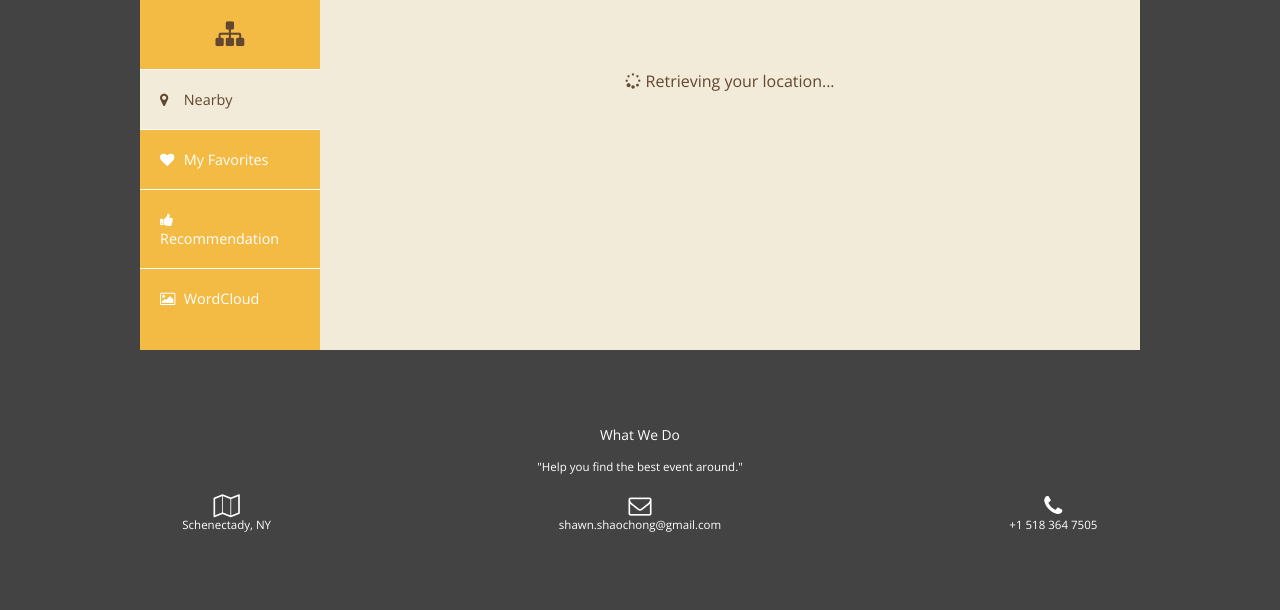
Repository: shawn-shaochong/518selfproject
Page: http://localhost/Jupiter/
These files come from the project's save history. The page is drawn as it stood at one moment and after the next save; the edit follows.
The browser window is 1280 px wide. The pictures show the part of the page from y = 310 to 920 px (the page is 920 px tall before and 870 px after).
Some web libraries are served in a nearby version. The page is served by Tomcat 9. Other server files are loaded and not shown.

Above is the page before, as saved 2019-05-10 04:17:41.

### workplace/Jupiter/WebContent/index.html
<!DOCTYPE html>
<html>
<head>
  <meta charset="UTF-8">
  <meta name="description" content="Item Recommendation">
  <meta name="author" content="Your Name">
  <title>Event Recommendation Final</title>
  <link href='https://fonts.googleapis.com/css?family=Open+Sans:400,300,700' rel='stylesheet' type='text/css'>
  <link rel="stylesheet" href="https://maxcdn.bootstrapcdn.com/font-awesome/4.5.0/css/font-awesome.min.css">
  <link rel="stylesheet" href="styles/main.css">
</head>
<body>
  <header class="top-header">
    <nav class="top-nav">
      <a href="#">Home</a>
      <a href="#">Contact</a>
      <a href="#">About</a>
    </nav>
    <span id="welcome-msg"></span>
    <i id="avatar" class="avatar fa fa-user fa-2x"></i>
  </header>

  <div class="container">
    <header>
      <p>
        <span>Event</span>
        <br /> Recommendation
      </p>
    </header>

    <section class="main-section">
      <aside id="item-nav">
        <div class="nav-icon">
          <i class="fa fa-sitemap fa-2x"></i>
        </div>
        <nav class="main-nav">
          <a href="#" id="nearby-btn" class="main-nav-btn active">
            <i class="fa fa-map-marker"></i> Nearby
          </a>
          <a href="#" id="fav-btn" class="main-nav-btn">
            <i class="fa fa-heart"></i> My Favorites
          </a>
          <a href="#" id="recommend-btn" class="main-nav-btn">
            <i class="fa fa-thumbs-up"></i> Recommendation
          </a>
          <a href="#" id="wordcloud-btn" class="main-nav-btn">
            <i class="fa fa-photo"></i> WordCloud
          </a>
        </nav>
      </aside>

      <ul id="item-list">
        <li class="item">
          <img alt="item image" src="https://d2j8c2rj2f9b78.cloudfront.net/uploads/hero-images/The-Avett-Brothers-Concert-Bojangles.jpg" />
          <div>
            <a class="item-name" href="#">Events and Festivals</a>
            <p class="item-category">EDC Concert</p>
            <div class="stars">
              <i class="fa fa-star"></i>
              <i class="fa fa-star"></i>
              <i class="fa fa-star"></i>
            </div>
          </div>
          <p class="item-address">699 Calderon Ave<br/>Mountain View<br/> CA</p>
          <div class="fav-link">
            <i class="fa fa-heart"></i>
          </div>
        </li>
      </ul>
    </section>
  </div>

  <footer>
    <p class="title">What We Do</p>
    <p>"Help you find the best event around."</p>
    <ul>
      <li>
        <p><i class="fa fa-map-o fa-2x"></i></p>
        <p>Schenectady, NY</p>
      </li>
      <li>
        <p><i class="fa fa-envelope-o fa-2x"></i></p>
        <p>shawn.shaochong@gmail.com</p>
      </li>
      <li>
        <p><i class="fa fa-phone fa-2x"></i></p>
        <p>+1 518 364 7505</p>
      </li>
    </ul>
  </footer>

  <script src="https://rawgit.com/emn178/js-md5/master/build/md5.min.js"></script>
  <script src="scripts/main.js"></script>
</body>
</html>

### workplace/Jupiter/WebContent/styles/main.css
* {
	box-sizing: border-box;
	margin: 0;
	padding: 0;
}

body {
	background: #434343;
	color: #FFFFFF;
	font-family: 'Open Sans', sans-serif;
	font-weight: 300;
	font-size: 0.9em;
}

ul {
	list-style: none;
}

/**
 * top header
 */
.top-header {
	align-items: center;
	background: #DF574B;
	box-shadow: 0px 2px 10px #333333;
	display: flex;
	height: 60px;
	position: fixed;
	top: 0;
	width: 100%;
	z-index: 1;
}

.avatar {
	background: #FFFFFF;
	border-radius: 50%;
	color: #333C4D;
	height: 40px;
	margin-right: 20px;
	padding-left: 9px;
	padding-top: 5px;
	width: 40px;
}

/**
 * top navigation
 */
.top-nav {
	flex: 1;
}

.top-nav a {
	color: #F9F9F9;
	font-weight: 400;
	margin-left: 20px;
	text-decoration: none;
}

#welcome-msg {
	border-right: 1px solid #FFFFFF;
	padding-right: 10px;
}

/**
 * main container
 */
.container {
	margin: 60px auto;
	max-width: 1000px;
	min-width: 600px;
}

/**
 * main header
 */
.container>header {
	align-items: center;
/* 	https://www.mch-group.com/-/media/mch-group/Images/Content/News/Blog/2017/2017-04/mch-group-live-marketing-aktivierung.jpg
 */	background:
		url('https://www.mch-group.com/-/media/mch-group/Images/Content/News/Blog/2017/2017-04/mch-group-live-marketing-aktivierung.jpg')
		no-repeat 50% 50%;
	background-size: 100%;
	display: flex;
	height: 250px;
}

.container>header p {
	border-left: 1px solid #FFFFFF;
	font-weight: 400;
	font-size: 2em;
	line-height: 1em;
	margin-left: 220px;
	padding-left: 5px;
}

.container>header span {
	color: #FBAF41;
}

/**
 * main section
 */
.main-section {
	background: #F3BB43;
}

/**
 * aside
 */
#item-nav {
	float: left;
	width: 180px;
}

.nav-icon {
	color: #624630;
	padding: 20px;
	text-align: center;
}

/**
 * main navigation
 */
.main-nav-btn {
	background: none;
	border-top: 1px solid #FFFFFF;
	color: #FFFFFF;
	display: block;
	padding: 20px;
	text-align: left;
	text-decoration: none;
}

.main-nav-btn:hover {
	background: rgba(255, 255, 255, 0.8);
	color: #624630;
}

.main-nav-btn.active {
	background: #F2EBD9;
	color: #624630;
}

.main-nav-btn i {
	width: 20px;
}

/**
 * item list
 */
#item-list {
	background: #F2EBD9;
	color: #624630;
	list-style: none;
	margin-left: 180px;
	min-height: 350px;
	/* original 250px */
	padding: 10px;
}

#item-list .notice {
	font-size: 16px;
	padding: 60px;
	text-align: center;
}

/**
 * item
 */
.item {
	align-items: center;
	border-bottom: 1px solid #FFFFFF;
	display: flex;
	margin: 10px;
	padding: 15px;
	transition: background-color 100ms linear;
}

.item:last-child {
	border: none;
}

.item:hover {
	background: rgba(255, 255, 255, 0.8);
	transition: background-color 100ms linear;
}

.item img {
	border: 1px solid #FFFFFF;
	height: 80px;
	width: 80px;
}

.item>div:first-of-type {
	flex: 1;
	margin-left: 10px;
	margin-right: 10px;
}

.item-name {
	color: #624630;
	font-weight: 400;
	text-decoration: none;
}

.item-name:hover {
	text-decoration: underline;
}

.item-address {
	line-height: 20px;
	padding-right: 20px;
	text-align: right;
}

.stars {
	align-items: center;
	display: flex;
	padding-top: 10px;
}

.fav-link {
	border-left: 1px solid #FFFFFF;
	cursor: pointer;
	line-height: 60px;
	text-align: center;
	width: 60px;
}

.fav-link:hover {
	color: #F13F3F;
}

/**
 * footer section
 */
footer {
	background: #434343;
	font-size: 0.8em;
	height: 200px;
	position: relative;
}

footer p {
	text-align: center;
}

footer p.title {
	font-size: 1.2em;
	padding: 15px;
}

footer ul {
	align-items: center;
	display: flex;
	padding: 20px;
}

footer ul li {
	flex: 1;
}

### workplace/Jupiter/WebContent/scripts/main.js
(function() {

    /**
     * Variables
     */
    var user_id = '1111';
    var user_fullname = 'John';
    var lng = -122.08;
    var lat = 37.38;

    /**
     * Initialize
     */
    function init() {
        // Register event listeners
        $('nearby-btn').addEventListener('click', loadNearbyItems);
        $('fav-btn').addEventListener('click', loadFavoriteItems);
        $('recommend-btn').addEventListener('click', loadRecommendedItems);
        $('wordcloud-btn').addEventListener('click', loadWordCloud);

        var welcomeMsg = $('welcome-msg');
        welcomeMsg.innerHTML = 'Welcome, ' + user_fullname;
        initGeoLocation();
    }

    function initGeoLocation() {
        if (navigator.geolocation) {
            navigator.geolocation.getCurrentPosition(onPositionUpdated,
                onLoadPositionFailed, {
                    maximumAge: 60000
                });
            showLoadingMessage('Retrieving your location...');
        } else {
            onLoadPositionFailed();
        }
    }

    function onPositionUpdated(position) {
        lat = position.coords.latitude;
        lng = position.coords.longitude;

        loadNearbyItems();
    }

    function onLoadPositionFailed() {
        console.warn('navigator.geolocation is not available');
        getLocationFromIP();
    }

    function getLocationFromIP() {
        // Get location from http://ipinfo.io/json
        var url = 'http://ipinfo.io/json'
        var req = null;
        ajax('GET', url, req, function(res) {
            var result = JSON.parse(res);
            if ('loc' in result) {
                var loc = result.loc.split(',');
                lat = loc[0];
                lng = loc[1];
            } else {
                console.warn('Getting location by IP failed.');
            }
            loadNearbyItems();
        });
    }

    // -----------------------------------
    // Helper Functions
    // -----------------------------------

    /**
     * A helper function that makes a navigation button active
     *
     * @param btnId -
     *            The id of the navigation button
     */
    function activeBtn(btnId) {
        var btns = document.getElementsByClassName('main-nav-btn');

        // deactivate all navigation buttons
        for (var i = 0; i < btns.length; i++) {
            btns[i].className = btns[i].className.replace(/\bactive\b/, '');
        }

        // active the one that has id = btnId
        var btn = $(btnId);
        btn.className += ' active';
    }

    function showLoadingMessage(msg) {
        var itemList = $('item-list');
        itemList.innerHTML = '<p class="notice"><i class="fa fa-spinner fa-spin"></i> ' +
            msg + '</p>';
    }

    function showWarningMessage(msg) {
        var itemList = $('item-list');
        itemList.innerHTML = '<p class="notice"><i class="fa fa-exclamation-triangle"></i> ' +
            msg + '</p>';
    }

    function showErrorMessage(msg) {
        var itemList = $('item-list');
        itemList.innerHTML = '<p class="notice"><i class="fa fa-exclamation-circle"></i> ' +
            msg + '</p>';
    }

    /**
     * A helper function that creates a DOM element <tag options...>
     *
     * @param tag
     * @param options
     * @returns
     */
    function $(tag, options) {
        if (!options) {
            return document.getElementById(tag);
        }

        var element = document.createElement(tag);

        for (var option in options) {
            if (options.hasOwnProperty(option)) {
                element[option] = options[option];
            }
        }

        return element;
    }

    function hideElement(element) {
        element.style.display = 'none';
    }

    function showElement(element, style) {
        var displayStyle = style ? style : 'block';
        element.style.display = displayStyle;
    }

    /**
     * AJAX helper
     *
     * @param method -
     *            GET|POST|PUT|DELETE
     * @param url -
     *            API end point
     * @param callback -
     *            This the successful callback
     * @param errorHandler -
     *            This is the failed callback
     */
    function ajax(method, url, data, callback, errorHandler) {
        var xhr = new XMLHttpRequest();

        xhr.open(method, url, true);

        xhr.onload = function() {
        	if (xhr.status === 200) {
        		callback(xhr.responseText);
        	} else {
        		errorHandler();
        	}
        };

        xhr.onerror = function() {
            console.error("The request couldn't be completed.");
            errorHandler();
        };

        if (data === null) {
            xhr.send();
        } else {
            xhr.setRequestHeader("Content-Type",
                "application/json;charset=utf-8");
            xhr.send(data);
        }
    }

    // -------------------------------------
    // AJAX call server-side APIs
    // -------------------------------------

    /**
     * API #1 Load the nearby items API end point: [GET]
     * /Dashi/search?user_id=1111&lat=37.38&lon=-122.08
     */
    function loadNearbyItems() {
        console.log('loadNearbyItems');
        activeBtn('nearby-btn');

        // The request parameters
        var url = './search';
        var params = 'user_id=' + user_id + '&lat=' + lat + '&lon=' + lng;
        var req = JSON.stringify({});

        // display loading message
        showLoadingMessage('Loading nearby items...');

        // make AJAX call
        ajax('GET', url + '?' + params, req,
            // successful callback
            function(res) {
                var items = JSON.parse(res);
                if (!items || items.length === 0) {
                    showWarningMessage('No nearby item.');
                } else {
                    listItems(items);
                }
            },
            // failed callback
            function() {
                showErrorMessage('Cannot load nearby items.');
            });
    }

    /**
     * API #2 Load favorite (or visited) items API end point: [GET]
     * /Dashi/history?user_id=1111
     */
    function loadFavoriteItems() {
        activeBtn('fav-btn');

        // The request parameters
        var url = './history';
        var params = 'user_id=' + user_id;
        var req = JSON.stringify({});

        // display loading message
        showLoadingMessage('Loading favorite items...');

        // make AJAX call
        ajax('GET', url + '?' + params, req, function(res) {
            var items = JSON.parse(res);
            if (!items || items.length === 0) {
                showWarningMessage('No favorite item.');
            } else {
                listItems(items);
            }
        }, function() {
            showErrorMessage('Cannot load favorite items.');
        });
    }

    /**
     * API #3 Load recommended items API end point: [GET]
     * /Dashi/recommendation?user_id=1111
     */
    function loadRecommendedItems() {
        activeBtn('recommend-btn');

        // The request parameters
        var url = './recommendation';
        var params = 'user_id=' + user_id + '&lat=' + lat + '&lon=' + lng;

        var req = JSON.stringify({});

        // display loading message
        showLoadingMessage('Loading recommended items...');

        // make AJAX call
        ajax(
            'GET',
            url + '?' + params,
            req,
            // successful callback
            function(res) {
                var items = JSON.parse(res);
                if (!items || items.length === 0) {
                    showWarningMessage('No recommended item. Make sure you have favorites.');
                } else {
                    listItems(items);
                }
            },
            // failed callback
            function() {
                showErrorMessage('Cannot load recommended items.');
            });
    }

    //Customized function for generating a personal wordcloud based on favorite
    function loadWordCloud() {
        activeBtn('wordcloud-btn');

        // The request parameters
        var url = './wordcloud';
        var params = 'user_id=' + user_id + '&lat=' + lat + '&lon=' + lng;

        var req = JSON.stringify({});

        // display loading message
        showLoadingMessage('Loading your personal wordcloud ...');

        // make AJAX call
        ajax(
            'GET',
            url + '?' + params,
            req,
            // successful callback
            function(res) {
                var items = JSON.parse(res);
                if (!items || items.length === 0) {
                    showWarningMessage('No wordcloud is generated. Make sure you have favorites.');
                } else {
                    listItems(items);
                }
            },
            // failed callback
            function() {
                showErrorMessage('Cannot load your wordcloud.');
            });
    }


    /**
     * API #4 Toggle favorite (or visited) items
     *
     * @param item_id -
     *            The item business id
     *
     * API end point: [POST]/[DELETE] /Dashi/history request json data: {
     * user_id: 1111, visited: [a_list_of_business_ids] }
     */
    function changeFavoriteItem(item_id) {
        // Check whether this item has been visited or not
        var li = $('item-' + item_id);
        var favIcon = $('fav-icon-' + item_id);
        var favorite = li.dataset.favorite !== 'true';

        // The request parameters
        var url = './history';
        var req = JSON.stringify({
            user_id: user_id,
            favorite: [item_id]
        });
        var method = favorite ? 'POST' : 'DELETE';

        ajax(method, url, req,
            // successful callback
            function(res) {
                var result = JSON.parse(res);
                if (result.result === 'SUCCESS') {
                    li.dataset.favorite = favorite;
                    favIcon.className = favorite ? 'fa fa-heart' : 'fa fa-heart-o';
                }
            });
    }

    // -------------------------------------
    // Create item list
    // -------------------------------------

    /**
     * List items
     *
     * @param items -
     *            An array of item JSON objects
     */
    function listItems(items) {
        // Clear the current results
        var itemList = $('item-list');
        itemList.innerHTML = '';

        for (var i = 0; i < items.length; i++) {
            addItem(itemList, items[i]);
        }
    }

    /**
     * Add item to the list
     *
     * @param itemList -
     *            The
     *            <ul id="item-list">
     *            tag
     * @param item -
     *            The item data (JSON object)
     */
    function addItem(itemList, item) {
        var item_id = item.item_id;

        // create the <li> tag and specify the id and class attributes
        var li = $('li', {
            id: 'item-' + item_id,
            className: 'item'
        });

        // set the data attribute
        li.dataset.item_id = item_id;
        li.dataset.favorite = item.favorite;

        // item image
        if (item.image_url) {
            li.appendChild($('img', {
                src: item.image_url
            }));
        } else {
            li.appendChild($(
                'img', {
                    src: 'https://assets-cdn.github.com/images/modules/logos_page/GitHub-Mark.png'
                }))
        }
        // section
        var section = $('div', {});

        // title
        var title = $('a', {
            href: item.url,
            target: '_blank',
            className: 'item-name'
        });
        title.innerHTML = item.name;
        section.appendChild(title);

        // category
        var category = $('p', {
            className: 'item-category'
        });
        category.innerHTML = 'Category: ' + item.categories.join(', ');
        section.appendChild(category);

        // TODO(vincent). here we might have a problem showing 3.5 as 3.
        // stars
        var stars = $('div', {
            className: 'stars'
        });

        for (var i = 0; i < item.rating; i++) {
            var star = $('i', {
                className: 'fa fa-star'
            });
            stars.appendChild(star);
        }

        if (('' + item.rating).match(/\.5$/)) {
            stars.appendChild($('i', {
                className: 'fa fa-star-half-o'
            }));
        }

        section.appendChild(stars);

        li.appendChild(section);

        // address
        var address = $('p', {
            className: 'item-address'
        });

        address.innerHTML = item.address.replace(/,/g, '<br/>').replace(/\"/g,
            '');
        li.appendChild(address);

        // favorite link
        var favLink = $('p', {
            className: 'fav-link'
        });

        favLink.onclick = function() {
            changeFavoriteItem(item_id);
        };

        favLink.appendChild($('i', {
            id: 'fav-icon-' + item_id,
            className: item.favorite ? 'fa fa-heart' : 'fa fa-heart-o'
        }));

        li.appendChild(favLink);

        itemList.appendChild(li);
    }

    init();

})();

After the next save:
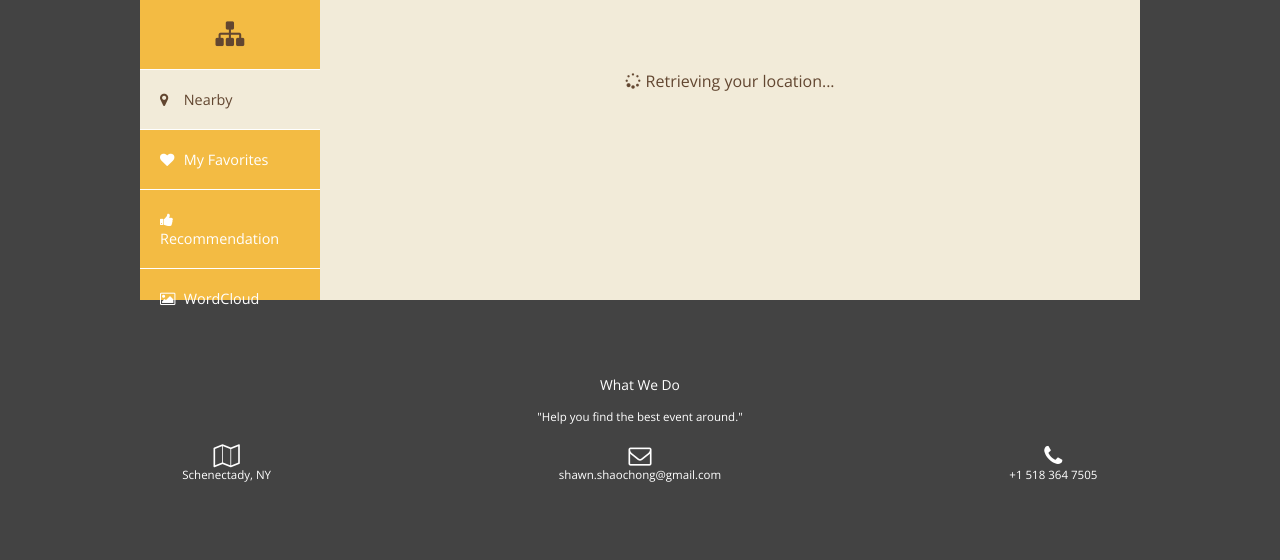
Saved 22 s later.
--- a/workplace/Jupiter/WebContent/styles/main.css
+++ b/workplace/Jupiter/WebContent/styles/main.css
@@ -153,7 +153,7 @@ ul {
 	color: #624630;
 	list-style: none;
 	margin-left: 180px;
-	min-height: 350px;
+	min-height: 300px;
 	/* original 250px */
 	padding: 10px;
 }
